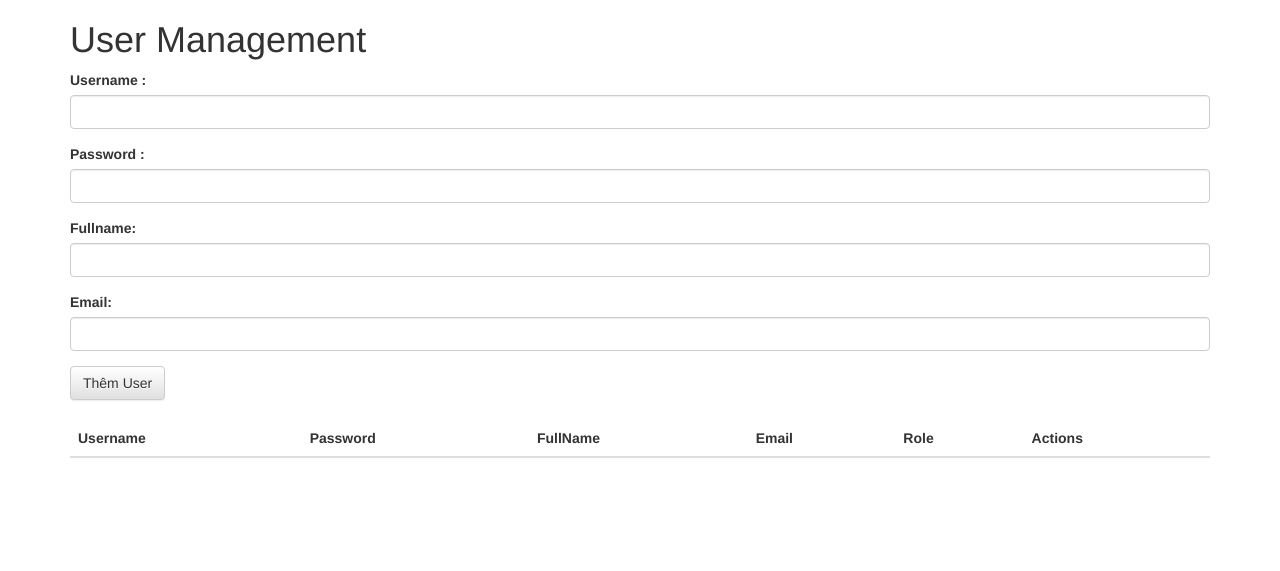
Repository: Hacorbie/Java-Servlet
Page: http://localhost/ASM_JV4/views/User.jsp
These files come from the project's save history. The page is drawn as it stood at one moment and after the next save; the edit follows.
The browser window is 1280 px wide. The pictures show the whole page.
Some web libraries are served in a nearby version. The page is served by Tomcat 9.

Above is the page before, as saved 2023-04-09 13:11:06.

After the next save:
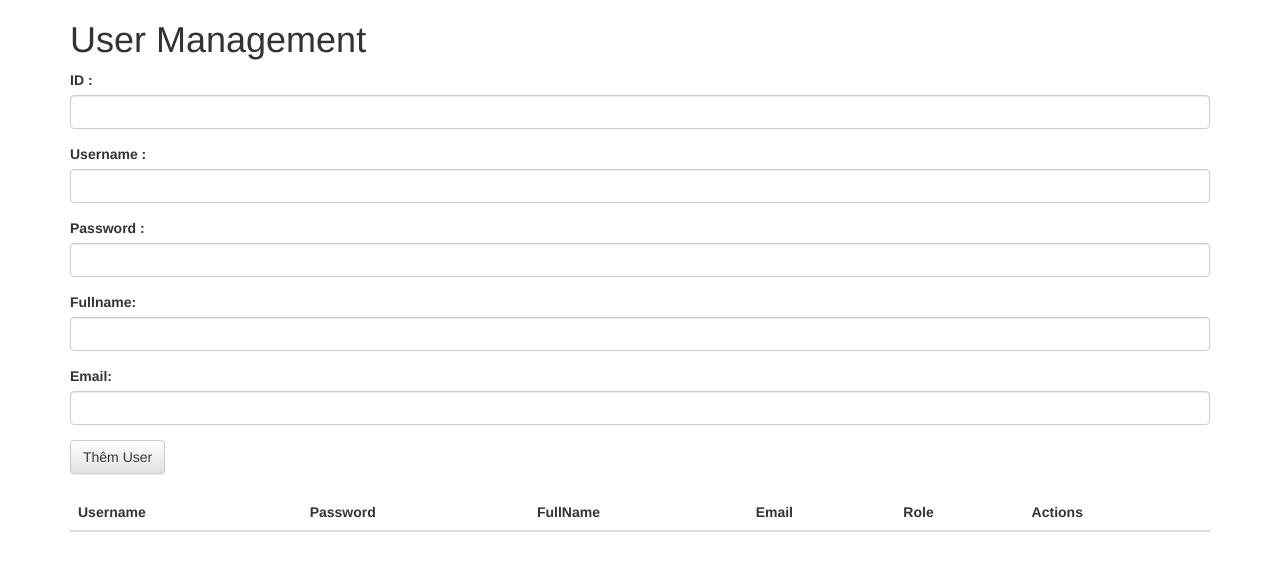
Saved 4 min 58 s later.
--- a/ASM_JV4/src/main/webapp/views/User.jsp
+++ b/ASM_JV4/src/main/webapp/views/User.jsp
@@ -20,8 +20,12 @@
 		<!-- Form thêm mới video -->
 		<form method="post" action="${url}/Add">
 		<div class="form-group">
-    <label for="ID">Username :</label>
+    <label for="ID">ID :</label>
     <input type="text" class="form-control" name ="ID">
+  </div>
+  <div class="form-group">
+    <label for="title">Username :</label>
+    <input type="text" class="form-control" name ="title">
   </div>
 			<div class="form-group">
     <label for="title">Password :</label>
